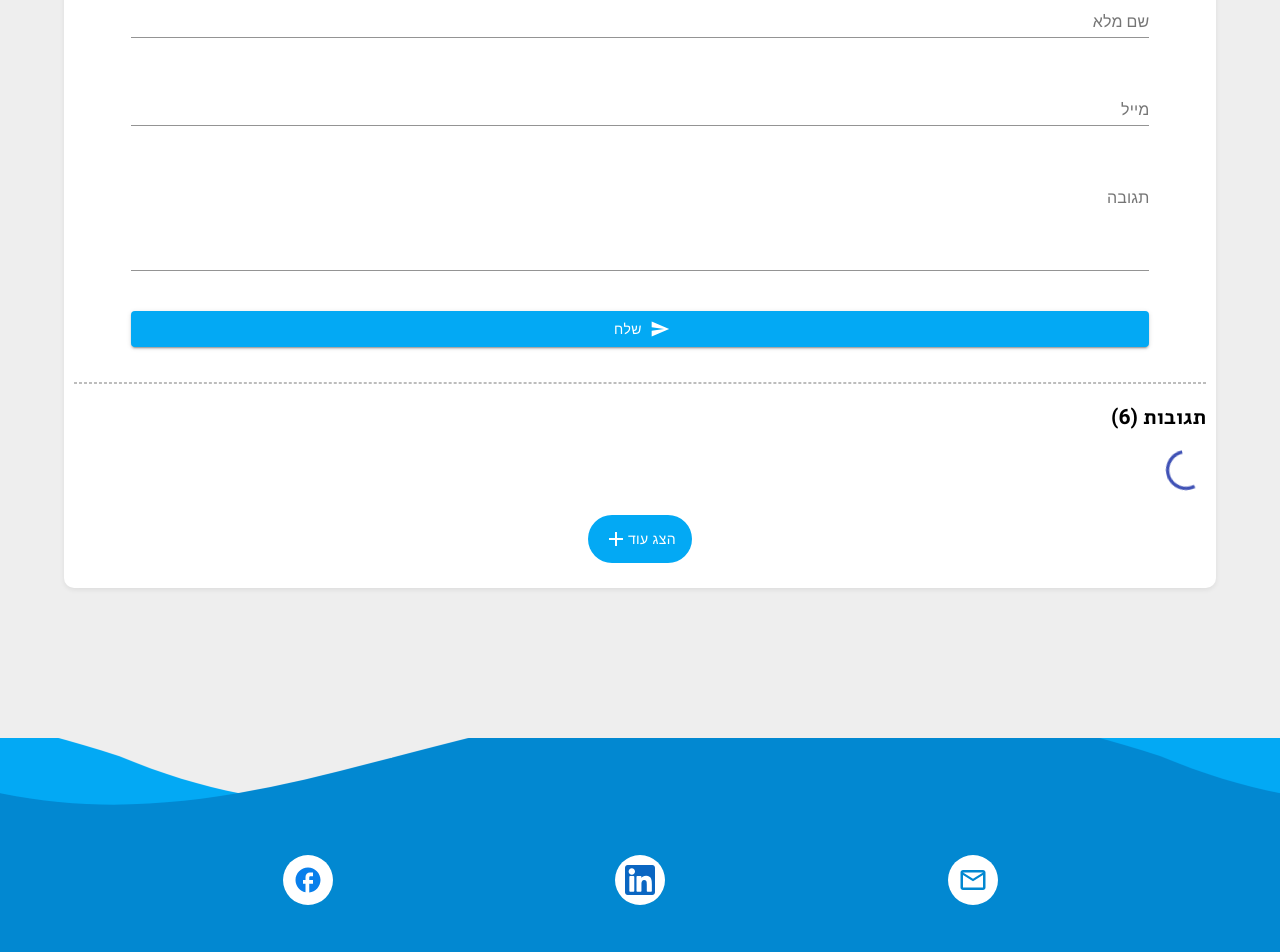
Repository: Ylan-sayada/blog-web-junior
Page: /article/1
These files come from the project's save history. The page is drawn as it stood at one moment and after the next save; the edit follows.
The browser window is 1280 px wide. The pictures show the part of the page from y = 693 to 1645 px (the page is 1645 px tall before and 1600 px after).
The project was rebuilt for these pictures with package versions that can differ from the ones it lists, and the page was loaded fresh each time. Also part of the build but not shown: src/common/mainComponents/Header.tsx, src/utils/isEmail.ts, src/common/vendorComponents/materialUi/input/NewsletterInput.tsx, src/utils/getRect.ts, src/common/mainComponents/Newsletter.tsx, src/common/components/ect/Img.tsx, src/common/components/ect/PreviewArticle.tsx, src/common/mainComponents/ArticleWidgetGenerator.tsx and 5 more.

Above is the page before, as saved 2021-06-04 11:49:23.

After the next save:
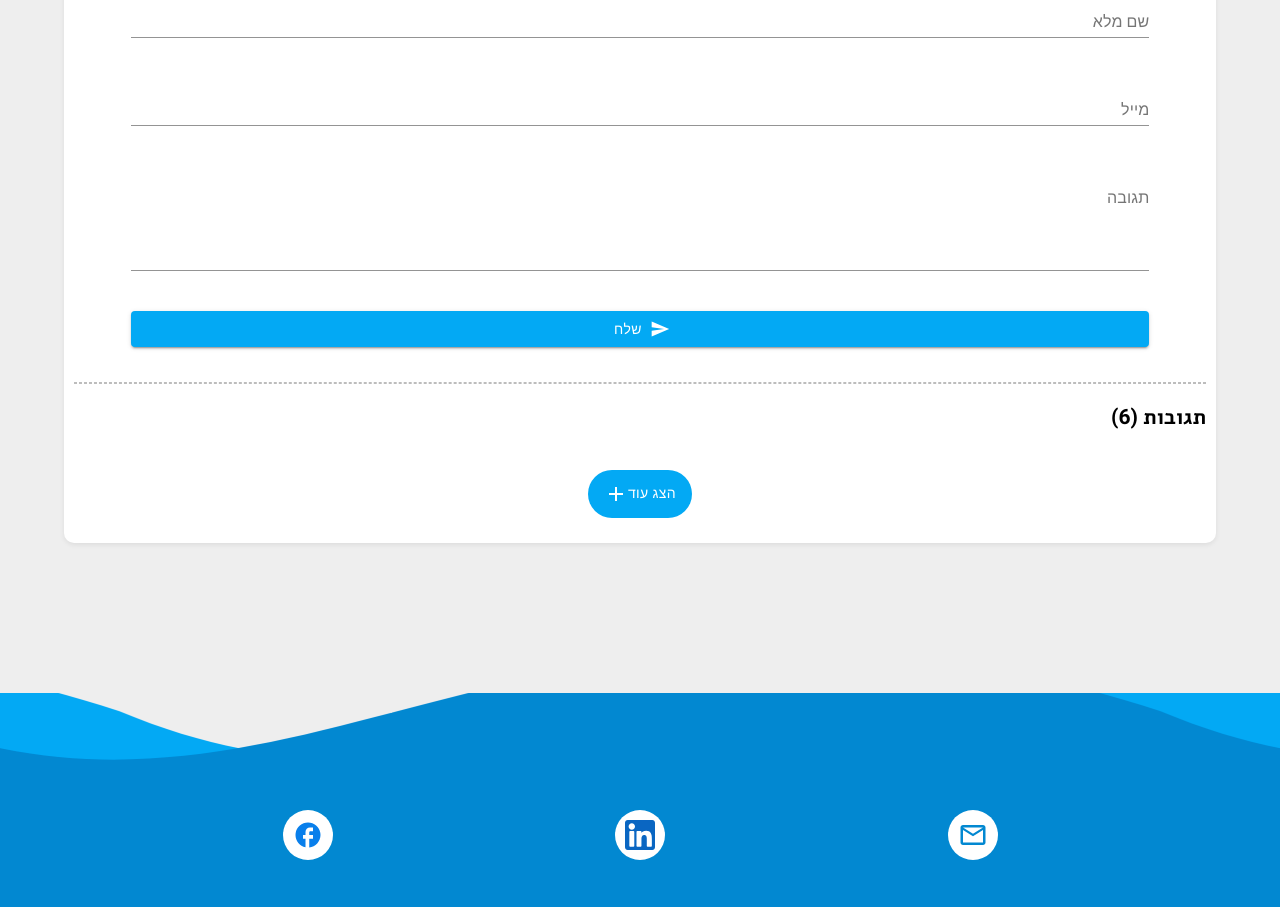
Saved 15 s later.
--- a/src/common/components/ect/MessageInterface.tsx
+++ b/src/common/components/ect/MessageInterface.tsx
@@ -32,7 +32,7 @@ export default function MessageInterface() {
             <MessageForm action="/api/sendMessage" />
             <FineSep dashed />
             <h3>תגובות (6)  </h3>
-            {comments.length ? <CircularProgress /> : comments.map((comment, index) => {
+            {comments.length === 0 ? <CircularProgress /> : comments.map((comment, index) => {
                 <Comments comments={comment} key={index} />
             })}
             <div style={{
